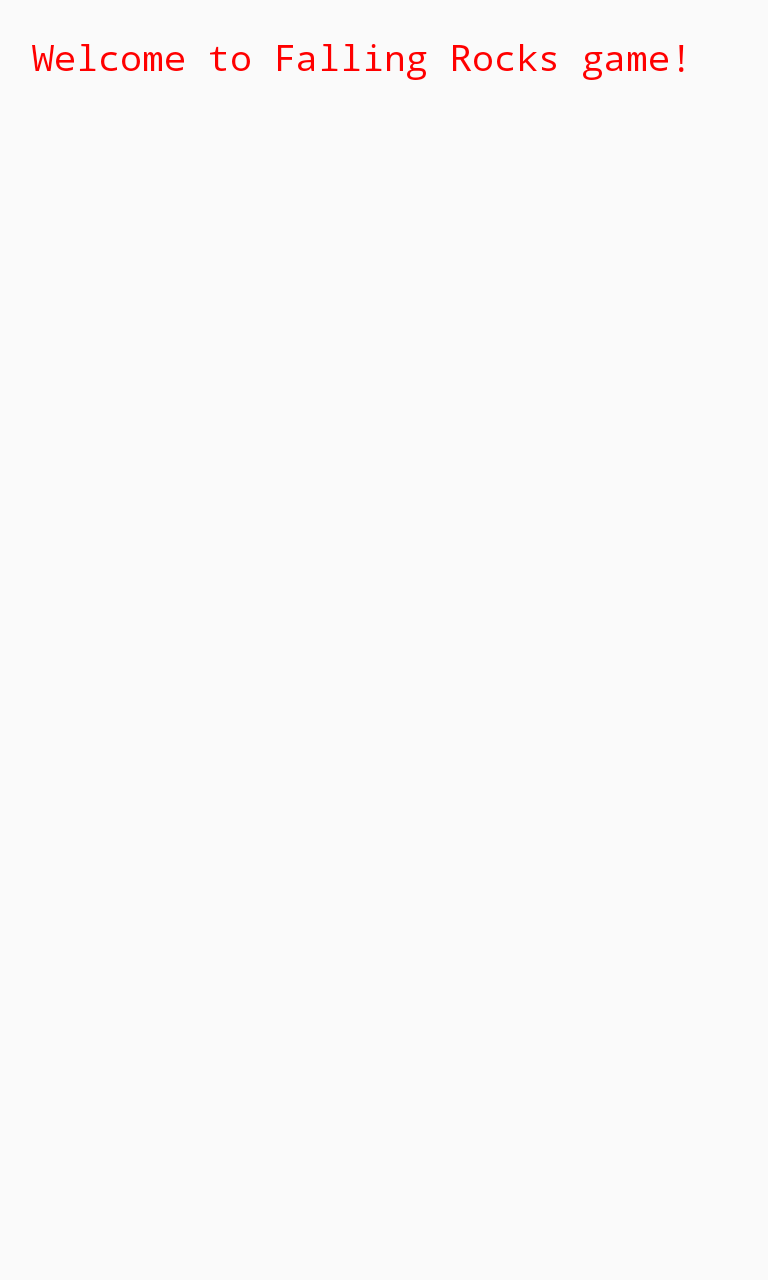
Repository: deyan-yosifov/Android
Layout: Workspace/FallingRocks/res/layout/activity_main.xml
An editor plug-in stored every save of this project. The layout is shown before and after the next save, followed by the edit.
It is drawn on a 768 x 1280 px phone screen (xhdpi) without system bars, with theme AppTheme; the app's code is not run.

Above is the layout before, as saved 2014-11-02 16:08:04.

### Workspace/FallingRocks/res/layout/activity_main.xml
<RelativeLayout xmlns:android="http://schemas.android.com/apk/res/android"
    xmlns:tools="http://schemas.android.com/tools"
    android:layout_width="match_parent"
    android:layout_height="match_parent"
    android:paddingBottom="@dimen/activity_vertical_margin"
    android:paddingLeft="@dimen/activity_horizontal_margin"
    android:paddingRight="@dimen/activity_horizontal_margin"
    android:paddingTop="@dimen/activity_vertical_margin"
    tools:context="com.dipiuay.fallingrocks.MainActivity" >

    <TextView
        style="@style/FallingRocksFonts"
        android:layout_centerHorizontal="true"
        android:text="@string/welcome_header"
         />

</RelativeLayout>

### Workspace/FallingRocks/res/values/styles.xml
<resources>

    <!--
        Base application theme, dependent on API level. This theme is replaced
        by AppBaseTheme from res/values-vXX/styles.xml on newer devices.
    -->
    <style name="FallingRocksFonts" parent="@android:style/TextAppearance.Medium">
        <item name="android:layout_width">fill_parent</item>
        <item name="android:layout_height">wrap_content</item>
        <item name="android:textColor">#FF0000</item>
        <item name="android:typeface">monospace</item>
    </style>

    <style name="AppBaseTheme" parent="Theme.AppCompat.Light">
        <!--
            Theme customizations available in newer API levels can go in
            res/values-vXX/styles.xml, while customizations related to
            backward-compatibility can go here.
        -->

    </style>

    <!-- Application theme. -->
    <style name="AppTheme" parent="AppBaseTheme">
        <!-- All customizations that are NOT specific to a particular API-level can go here. -->
    </style>

</resources>

### Workspace/FallingRocks/res/values/strings.xml
<?xml version="1.0" encoding="utf-8"?>
<resources>

    <string name="app_name">Falling Rocks</string>
    <string name="hello_world">Hello world!</string>
    <string name="welcome_header">Welcome to Falling Rocks game!</string>
    <string name="action_settings">Settings</string>

</resources>

Loaded but not shown: Workspace/FallingRocks/res/values-v11/styles.xml (common file); Workspace/FallingRocks/res/values-v14/styles.xml (common file); Workspace/FallingRocks/res/values/dimens.xml (common file); Workspace/FallingRocks/res/values-w820dp/dimens.xml (common file)

After the next save:
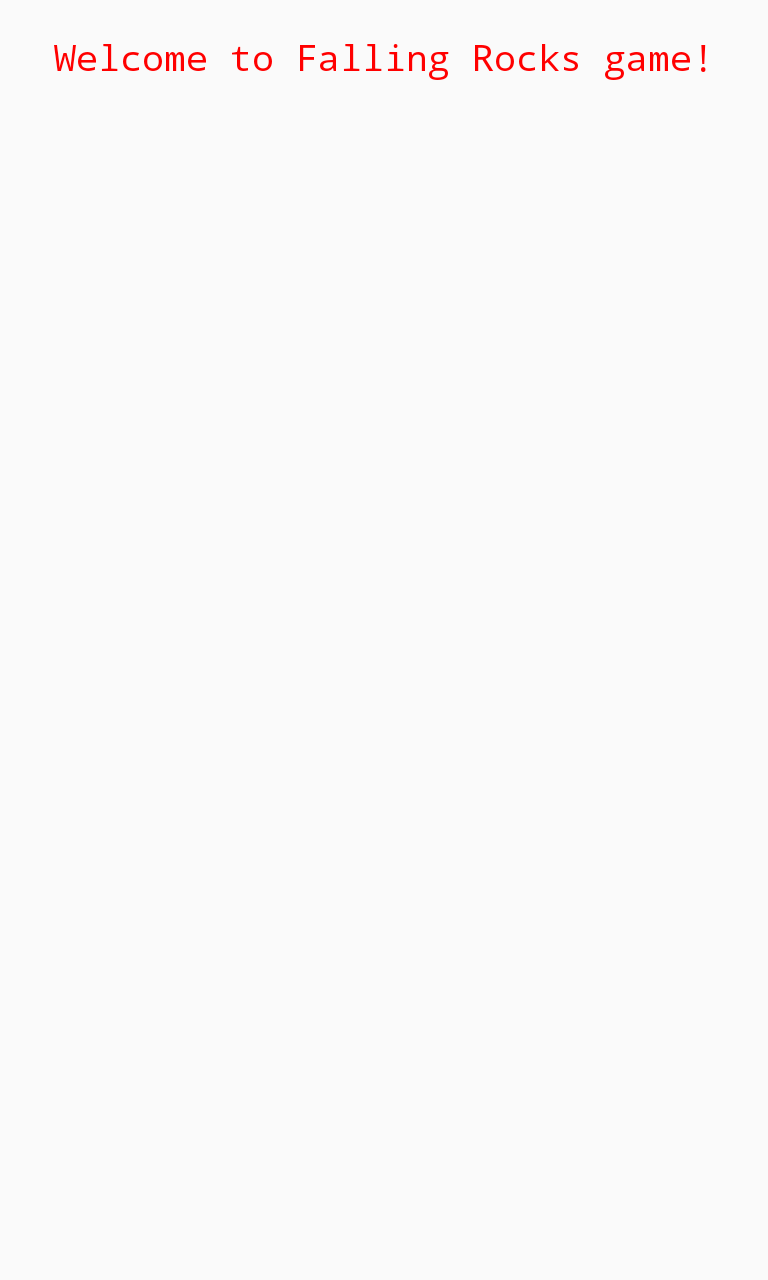
Saved 65 s later.
--- a/Workspace/FallingRocks/res/values/styles.xml
+++ b/Workspace/FallingRocks/res/values/styles.xml
@@ -5,7 +5,7 @@
         by AppBaseTheme from res/values-vXX/styles.xml on newer devices.
     -->
     <style name="FallingRocksFonts" parent="@android:style/TextAppearance.Medium">
-        <item name="android:layout_width">fill_parent</item>
+        <item name="android:layout_width">wrap_content</item>
         <item name="android:layout_height">wrap_content</item>
         <item name="android:textColor">#FF0000</item>
         <item name="android:typeface">monospace</item>
